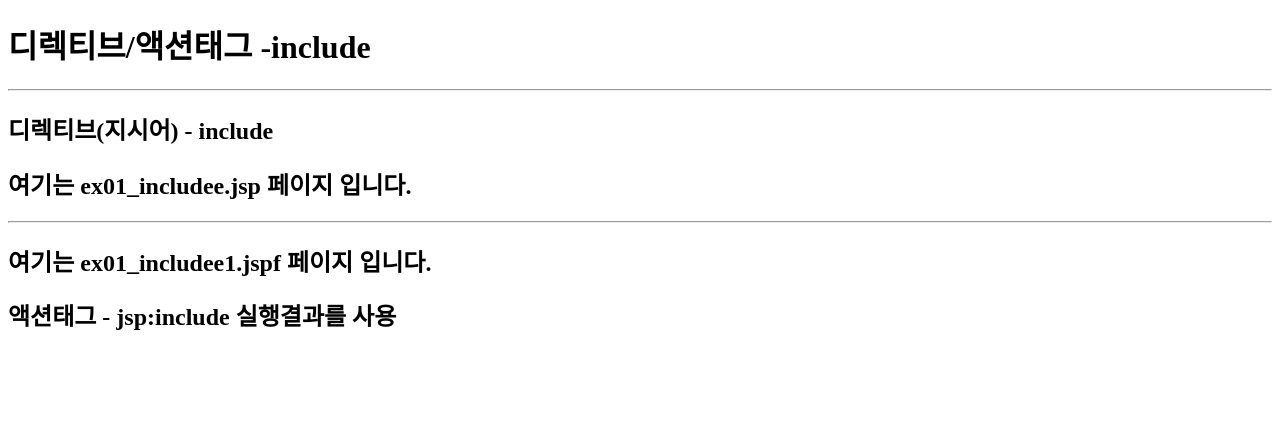
Repository: SeYoung1012/Bitcamp
Page: http://localhost/06_actiontag/ex01_action_include.jsp
These files come from the project's save history. The page is drawn as it stood at one moment and after the next save; the edit follows.
The browser window is 1280 px wide. The pictures show the whole page.
The page is served by Tomcat 9.

Above is the page before, as saved 2021-09-29 02:33:45.

After the next save:
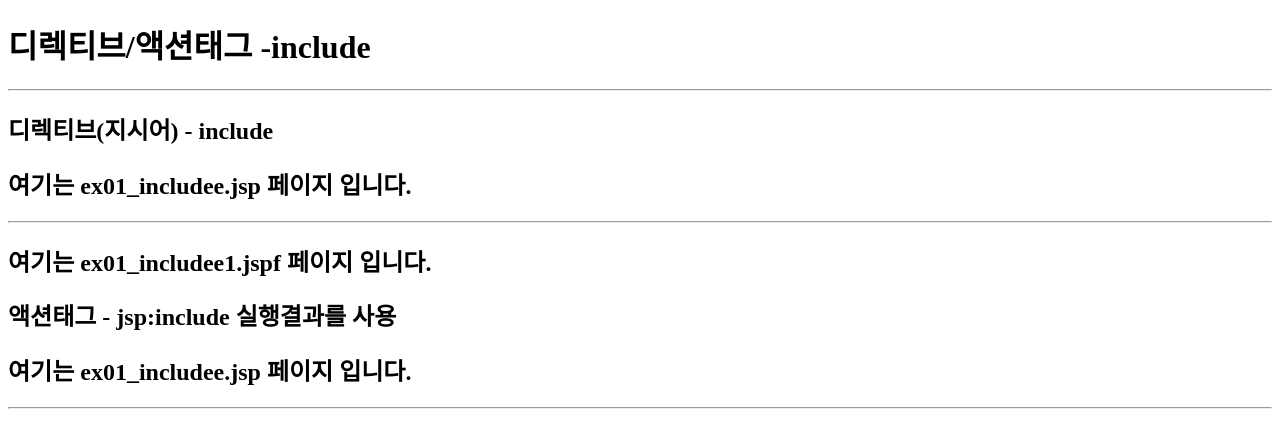
Saved 5 min 8 s later.
--- a/60_web/06_actiontag/WebContent/ex01_action_include.jsp
+++ b/60_web/06_actiontag/WebContent/ex01_action_include.jsp
@@ -23,6 +23,10 @@
 	  <%-- ====================================== --%>
 
 	 <h2> 액션태그 - jsp:include 실행결과를 사용</h2>
+	 <jsp:include page="ex01_includee.jsp"></jsp:include>
+	 <hr>
+
+
 
 
 </body>
